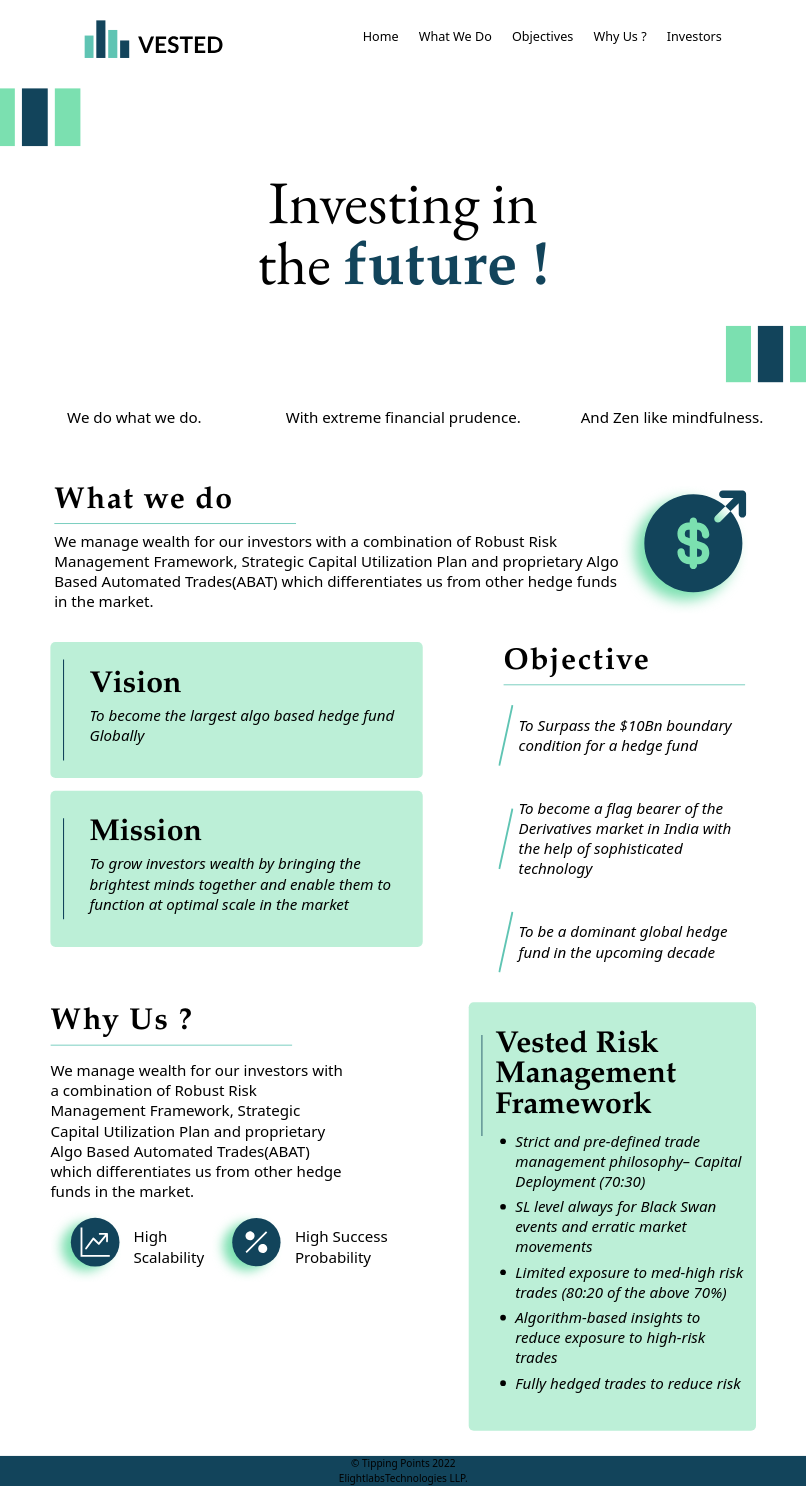
Repository: husainmamuwala/TippingPointsFinancial
Page: /
These files come from the project's save history. The page is drawn as it stood at one moment and after a run of saves; the edit follows.
The browser window is 1280 px wide. The pictures show the whole page, at 63% of full size.
The project was rebuilt for these pictures with package versions that can differ from the ones it lists, and the page was loaded fresh each time. The framework's server and built-in components were replaced by stand-ins that run in the browser. Also part of the build but not shown: next.config.js.

Above is the page before, as saved 2022-10-21 22:37:18.

### styles/globals.css
@tailwind base;
@tailwind components;
@tailwind utilities;

@layer base{
    @font-face{
        font-family: "Garamond";
        src: url('/fonts/Garamond.woff2') format('woff2');
        font-family: 'Montserrat', sans-serif

    }

}

### components/Hero.jsx
import React from 'react'

const Hero = () => {
  return (
    <div className='flex flex-col py-6'>
      <div className='grid grid-flow-row'>
        <div className='justify-self-start self-start w-20 md:w-32 '>
          <svg className="" width="auto" height="auto" viewBox="0 0 125 90" fill="none" xmlns="http://www.w3.org/2000/svg">
            <rect x="-17" width="40" height="90" fill="#7BE0B0" />
            <rect x="34" width="40" height="90" fill="#12445B" />
            <rect x="85" width="40" height="90" fill="#7BE0B0" />
          </svg>
        </div>
        <div className='justify-self-center w-full py-10'>
          <span className=' text-6xl text-center lg:text-8xl font-garamond pt-5 pb-5'>
            <span className="block">Investing in</span>
            <span className="block">the <span className='text-[#12445B] font-semibold'>future !</span></span>
          </span>
        </div>
        <div className='justify-self-end self-end w-20 md:w-32'>
          <svg className='' width="auto" height="au" viewBox="0 0 128 90" fill="none" xmlns="http://www.w3.org/2000/svg">
            <rect width="40" height="90" fill="#7BE0B0" />
            <rect x="51" width="40" height="90" fill="#12445B" />
            <rect x="102" width="40" height="90" fill="#7BE0B0" />
          </svg>
        </div>
      </div>
      <div className='grid grid-row-3 md:grid-cols-3 justify-evenly text-center
        text-xl font-Montserrat md:text-2xl md:py-10'>
        <div>
          <span>We do what we do.</span>
        </div>
        <div>
          <span>With extreme financial prudence.</span>
        </div>
        <div>
          <span>And Zen like mindfulness.</span>
        </div>
      </div>
    </div>
  )
}

export default Hero

### components/Nav.jsx
import Link from 'next/link';
import React, { useState } from 'react'
import { FiMenu } from 'react-icons/fi';
import {AiOutlineClose} from 'react-icons/ai'

const Nav = () => {
    const Links=[
        {name:"Home",link:"/"},
        {name:"What We Do",link:"#whatwedo"},
        {name:"Objectives",link:"#objectives"},
        {name:"Why Us ?",link:"#whyus"},
        {name:"Investors",link:"/investors"},
    ];
    const [open,setOpen] = useState(false);
  return (
    <div className='w-full relative top-0 font-Montserrat font-[400] bg-white'>
        <div className='sticky lg:flex py-4 lg:px-10 items-center lg:justify-around'>
            <div className='mt-2 scale-75 md:scale-100'>
                <svg width="221" height="60" viewBox="0 0 221 60" fill="none" xmlns="http://www.w3.org/2000/svg">
                <path d="M110.63 25.972L100.118 52H95.7437L85.2317 25.972H89.1197C89.5397 25.972 89.8817 26.074 90.1457 26.278C90.4097 26.482 90.6077 26.746 90.7397 27.07L96.8777 42.946C97.0817 43.462 97.2737 44.032 97.4537 44.656C97.6457 45.268 97.8257 45.91 97.9937 46.582C98.1377 45.91 98.2937 45.268 98.4617 44.656C98.6297 44.032 98.8157 43.462 99.0197 42.946L105.122 27.07C105.218 26.794 105.404 26.542 105.68 26.314C105.968 26.086 106.316 25.972 106.724 25.972H110.63ZM118.184 29.824V37.042H127.292V40.768H118.184V48.13H129.74V52H113.324V25.972H129.74V29.824H118.184ZM147.891 30.706C147.747 30.958 147.591 31.144 147.423 31.264C147.267 31.372 147.069 31.426 146.829 31.426C146.577 31.426 146.301 31.336 146.001 31.156C145.713 30.964 145.365 30.754 144.957 30.526C144.549 30.298 144.069 30.094 143.517 29.914C142.977 29.722 142.335 29.626 141.591 29.626C140.919 29.626 140.331 29.71 139.827 29.878C139.323 30.034 138.897 30.256 138.549 30.544C138.213 30.832 137.961 31.18 137.793 31.588C137.625 31.984 137.541 32.422 137.541 32.902C137.541 33.514 137.709 34.024 138.045 34.432C138.393 34.84 138.849 35.188 139.413 35.476C139.977 35.764 140.619 36.022 141.339 36.25C142.059 36.478 142.797 36.724 143.553 36.988C144.309 37.24 145.047 37.54 145.767 37.888C146.487 38.224 147.129 38.656 147.693 39.184C148.257 39.7 148.707 40.336 149.043 41.092C149.391 41.848 149.565 42.766 149.565 43.846C149.565 45.022 149.361 46.126 148.953 47.158C148.557 48.178 147.969 49.072 147.189 49.84C146.421 50.596 145.479 51.196 144.363 51.64C143.247 52.072 141.969 52.288 140.529 52.288C139.701 52.288 138.885 52.204 138.081 52.036C137.277 51.88 136.503 51.652 135.759 51.352C135.027 51.052 134.337 50.692 133.689 50.272C133.041 49.852 132.465 49.384 131.961 48.868L133.383 46.546C133.503 46.378 133.659 46.24 133.851 46.132C134.043 46.012 134.247 45.952 134.463 45.952C134.763 45.952 135.087 46.078 135.435 46.33C135.783 46.57 136.197 46.84 136.677 47.14C137.157 47.44 137.715 47.716 138.351 47.968C138.999 48.208 139.773 48.328 140.673 48.328C142.053 48.328 143.121 48.004 143.877 47.356C144.633 46.696 145.011 45.754 145.011 44.53C145.011 43.846 144.837 43.288 144.489 42.856C144.153 42.424 143.703 42.064 143.139 41.776C142.575 41.476 141.933 41.224 141.213 41.02C140.493 40.816 139.761 40.594 139.017 40.354C138.273 40.114 137.541 39.826 136.821 39.49C136.101 39.154 135.459 38.716 134.895 38.176C134.331 37.636 133.875 36.964 133.527 36.16C133.191 35.344 133.023 34.342 133.023 33.154C133.023 32.206 133.209 31.282 133.581 30.382C133.965 29.482 134.517 28.684 135.237 27.988C135.957 27.292 136.845 26.734 137.901 26.314C138.957 25.894 140.169 25.684 141.537 25.684C143.073 25.684 144.489 25.924 145.785 26.404C147.081 26.884 148.185 27.556 149.097 28.42L147.891 30.706ZM171.969 29.95H164.121V52H159.279V29.95H151.431V25.972H171.969V29.95ZM180.235 29.824V37.042H189.343V40.768H180.235V48.13H191.791V52H175.375V25.972H191.791V29.824H180.235ZM219.194 38.986C219.194 40.894 218.876 42.646 218.24 44.242C217.604 45.838 216.71 47.212 215.558 48.364C214.406 49.516 213.02 50.41 211.4 51.046C209.78 51.682 207.98 52 206 52H196.082V25.972H206C207.98 25.972 209.78 26.296 211.4 26.944C213.02 27.58 214.406 28.474 215.558 29.626C216.71 30.766 217.604 32.134 218.24 33.73C218.876 35.326 219.194 37.078 219.194 38.986ZM214.226 38.986C214.226 37.558 214.034 36.28 213.65 35.152C213.278 34.012 212.732 33.052 212.012 32.272C211.304 31.48 210.44 30.874 209.42 30.454C208.412 30.034 207.272 29.824 206 29.824H200.942V48.148H206C207.272 48.148 208.412 47.938 209.42 47.518C210.44 47.098 211.304 46.498 212.012 45.718C212.732 44.926 213.278 43.966 213.65 42.838C214.034 41.698 214.226 40.414 214.226 38.986Z" fill="black"/>
                <rect y="24.4445" width="14.4444" height="35.5556" fill="#5FC4B3"/>
                <rect x="18.8889" width="14.4444" height="60" fill="#12445B"/>
                <rect x="37.7778" y="15.5555" width="14.4444" height="44.4444" fill="#5FC4B3"/>
                <rect x="56.6667" y="32.2222" width="14.4444" height="27.7778" fill="#12445B"/>
                </svg>

            </div>
            <div onClick={()=>setOpen(!open)}
                 className='text-3xl absolute right-8 top-11 pr-8 cursor-pointer lg:hidden'>
                    {!open ? <FiMenu size={40}/> : <AiOutlineClose size={40}/>}
            </div>

            <ul className={`lg:flex lg:flex-row lg:items-center font-Montserrat pb-12 lg:pb-0
            absolute lg:static bg-white lg:z-auto z-[-1] w-full left-0  lg:pl-0 pl-9 lg:w-auto
            transition-all duration-500 ease-in
            ${open ? "flex-col" : "hidden"}`}>
                {
                    Links.map((link)=>(
                        <li onClick={() => setOpen(false)} key={link.link} className="md:ml-8 text-xl my-7 hover:text-[#5FC4B3]
                         relative transition-all hover:top-1">
                            <Link href={link.link}
                            className="font-Monteserrat">
                                {link.name}
                            </Link>
                        </li>
                    ))
                }
            </ul>
        </div>
    </div>
  )
}

export default Nav

### components/Cards.jsx
import React from 'react'
import Objective from './Objective'

const Cards = () => {
  const Data = [
    { title: "Vision", desc: "To become the largest algo based hedge fund Globally" },
    { title: "Mission", desc: "To grow investors wealth by bringing the brightest minds together and enable them to function at optimal scale in the market" },
  ]

  return (
    <div className='flex flex-col lg:flex-row justify-center lg:space-x-10 py-5 px-10'>
      <div className='lg:px-10'>
        {
          Data.map((data) => (
            <div className=' bg-[#7BE0B0] bg-opacity-50 rounded-lg mb-5 '>
              <div className='flex flex-row p-5'>
                <div className='md:pr-10 pr-5 h-28 lg:h-44 self-center'>
                  <svg width="2" height="auto" viewBox="0 0 2 160" fill="none" xmlns="http://www.w3.org/2000/svg">
                    <line x1="1" y1="4.37114e-08" x2="0.999993" y2="160" stroke="#12445B" stroke-width="2" />
                  </svg>
                </div>
                <div className='md:py-6 self-center'>
                  <h1 className='text-3xl lg:text-5xl font-semibold font-garamond'>{data.title}</h1>
                  <p className='font-montserrat text-lg lg:text-2xl py-2 italic'>{data.desc}</p>
                </div>
              </div>
            </div>
          ))
        }
      </div>
      <div className='flex flex-col flex-auto'>
        <Objective />
      </div>
    </div>
  )
}

export default Cards

### components/Whatwedo.tsx
import React from 'react'


const whatwedo = () => {
    return (
        <div className='py-5 px-10 flex md:flex-row flex-col justify-center'>
            <div className='md:w-3/4'>
                <div>
                    <h4 className='text-3xl md:text-5xl font-garamond font-semibold py-2 tracking-wider'>
                        What we do
                    </h4>

                    <svg className="lg:w-96 lg:h-2" width="auto" height="2" viewBox="0 0 589 2" fill="none" xmlns="http://www.w3.org/2000/svg">
                        <line y1="1" x2="589" y2="1" stroke="#5FC4B3" strokeWidth="2" />
                    </svg>

                    <p className='py-2 text-xl md:text-2xl'>
                        We manage wealth for our investors with a combination of Robust Risk Management Framework,
                        Strategic Capital Utilization Plan and proprietary Algo Based Automated Trades(ABAT)
                        which differentiates us from other hedge funds in the market.
                    </p>
                </div>
            </div>
            <div className='w-52 hidden md:block lg:self-center'>
                <svg width="auto" height="auto" viewBox="0 0 226 223" fill="none" xmlns="http://www.w3.org/2000/svg">
                    <g filter="url(#filter0_f_6_45)">
                        <circle cx="109.027" cy="113.259" r="86.0274" fill="#7BE0B0" />
                    </g>
                    <path d="M109.698 84.8371C109.698 89.4046 110.967 90.0812 113.843 91.0962L118.156 92.6187V78.2396H115.619C112.405 78.2396 109.698 81.2 109.698 84.8371ZM130.844 124.76H133.381C136.68 124.76 139.302 121.8 139.302 118.163C139.302 113.595 138.033 112.919 135.158 111.904L130.844 110.381V124.76Z" fill="#12445B" />
                    <path d="M188.614 46.3517L171.275 63.6913C170.006 64.96 168.399 65.5521 166.792 65.5521C165.185 65.5521 163.578 64.96 162.309 63.6913C161.129 62.4975 160.467 60.8867 160.467 59.2083C160.467 57.53 161.129 55.9192 162.309 54.7254L179.648 37.3858C164.762 24.6983 145.561 16.9167 124.5 16.9167C77.81 16.9167 39.9167 54.81 39.9167 101.5C39.9167 148.19 77.81 186.083 124.5 186.083C171.19 186.083 209.083 148.19 209.083 101.5C209.083 80.4388 201.302 61.2383 188.614 46.3517ZM139.302 99.9775C144.715 101.923 151.99 105.814 151.99 118.248C151.99 128.82 143.616 137.533 133.381 137.533H130.844V139.647C130.844 143.115 127.968 145.991 124.5 145.991C121.032 145.991 118.156 143.115 118.156 139.647V137.533H117.48C106.23 137.533 97.0104 128.059 97.0104 116.387C97.0104 112.834 99.8863 109.958 103.354 109.958C106.822 109.958 109.698 112.834 109.698 116.302C109.698 120.954 113.166 124.76 117.48 124.76H118.156V105.983L109.698 103.023C104.285 101.077 97.0104 97.1863 97.0104 84.7525C97.0104 74.1796 105.384 65.4675 115.619 65.4675H118.156V63.4375C118.156 59.9696 121.032 57.0938 124.5 57.0938C127.968 57.0938 130.844 59.9696 130.844 63.4375V65.5521H131.52C142.77 65.5521 151.99 75.0254 151.99 86.6979C151.99 90.1658 149.114 93.0417 145.646 93.0417C142.178 93.0417 139.302 90.1658 139.302 86.6979C139.302 82.0458 135.834 78.2396 131.52 78.2396H130.844V97.0171L139.302 99.9775ZM214.92 14.4638C214.251 12.9061 213.009 11.6647 211.452 10.9958C210.691 10.7256 209.891 10.5827 209.083 10.5729H175.25C171.782 10.5729 168.906 13.4488 168.906 16.9167C168.906 20.3846 171.782 23.2604 175.25 23.2604H193.774L179.648 37.3858C182.863 40.1771 185.823 43.1375 188.614 46.3517L202.74 32.2263V50.75C202.74 54.2179 205.615 57.0938 209.083 57.0938C212.551 57.0938 215.427 54.2179 215.427 50.75V16.9167C215.427 16.0708 215.258 15.3096 214.92 14.4638Z" fill="#12445B" />
                    <defs>
                        <filter id="filter0_f_6_45" x="0" y="4.2317" width="218.055" height="218.055" filterUnits="userSpaceOnUse" colorInterpolationFilters="sRGB">
                            <feFlood floodOpacity="0" result="BackgroundImageFix" />
                            <feBlend mode="normal" in="SourceGraphic" in2="BackgroundImageFix" result="shape" />
                            <feGaussianBlur stdDeviation="11.5" result="effect1_foregroundBlur_6_45" />
                        </filter>
                    </defs>
                </svg>
            </div>
        </div>
    )
}

export default whatwedo

### components/Footer.jsx
import React from 'react'
import Link from 'next/link';

const Footer = () => {
    return (
        <div>
            <footer
                className="flex flex-col md:flex-row md:justify-around bg-[#12445B]">
                    <></>


                <span className="text-center md:w-2/5">
                    <span className="text-primary">
                        © Tipping Points 2022
                    </span>
                    <br />
                    <a
                        href="https://elightlabs.com/"
                        target="_blank"
                        rel="noopener noreferrer"
                        className="hover:text-[#7BE0B0]"
                    >
                        ElightlabsTechnologies LLP.
                    </a>
                </span>
            </footer>
        </div>
    )
}

export default Footer

### components/Objective.jsx
import React from 'react'

const Objective = () => {
    const Obj = [
        { desc: "To Surpass the $10Bn boundary condition for a hedge fund" },
        { desc: "To become a flag bearer of the Derivatives market in India with the help of sophisticated technology" },
        { desc: "To be a dominant global hedge fund in the upcoming decade" },
      ]
  return (
    <div className='md:px-10'>
        <div className='px-2'>
        <h4 className='text-3xl md:text-5xl font-garamond font-semibold py-2 tracking-wider'>Objective</h4>
         <svg className="lg:w-96 w-56 lg:h-2" width="auto" height="2" viewBox="0 0 589 2" fill="none" xmlns="http://www.w3.org/2000/svg">
              <line y1="1" x2="589" y2="1" stroke="#5FC4B3" strokeWidth="2" />
        </svg>
        </div>
        <div className='flex flex-col mt-5 space-y-5'>
          {
            Obj.map((obj) => (
              <div className='flex flex-row'>
                <div className='pr-2 h-16 lg:h-auto self-center'>
                  <svg width="24" height="auto" viewBox="0 0 24 97" fill="none" xmlns="http://www.w3.org/2000/svg">
                    <line x1="22.4654" y1="0.320545" x2="1.46535" y2="96.3205" stroke="#5FC4B3" stroke-width="3" />
                  </svg>
                </div>
                <div className='md:py-6 self-center'>
                  <p className='text-xl lg:text-2xl italic'>{obj.desc}</p>
                </div>

              </div>
            ))
          }

        </div>
    </div>
  )
}

export default Objective

Loaded but not shown: pages/_app.js (common file); pages/index.js (34 lines, source omitted); pages/_document.js (19 lines, source omitted); tailwind.config.js (17 lines, source omitted); components/Whyus.tsx (105 lines, source omitted)

After the next 2 saves:
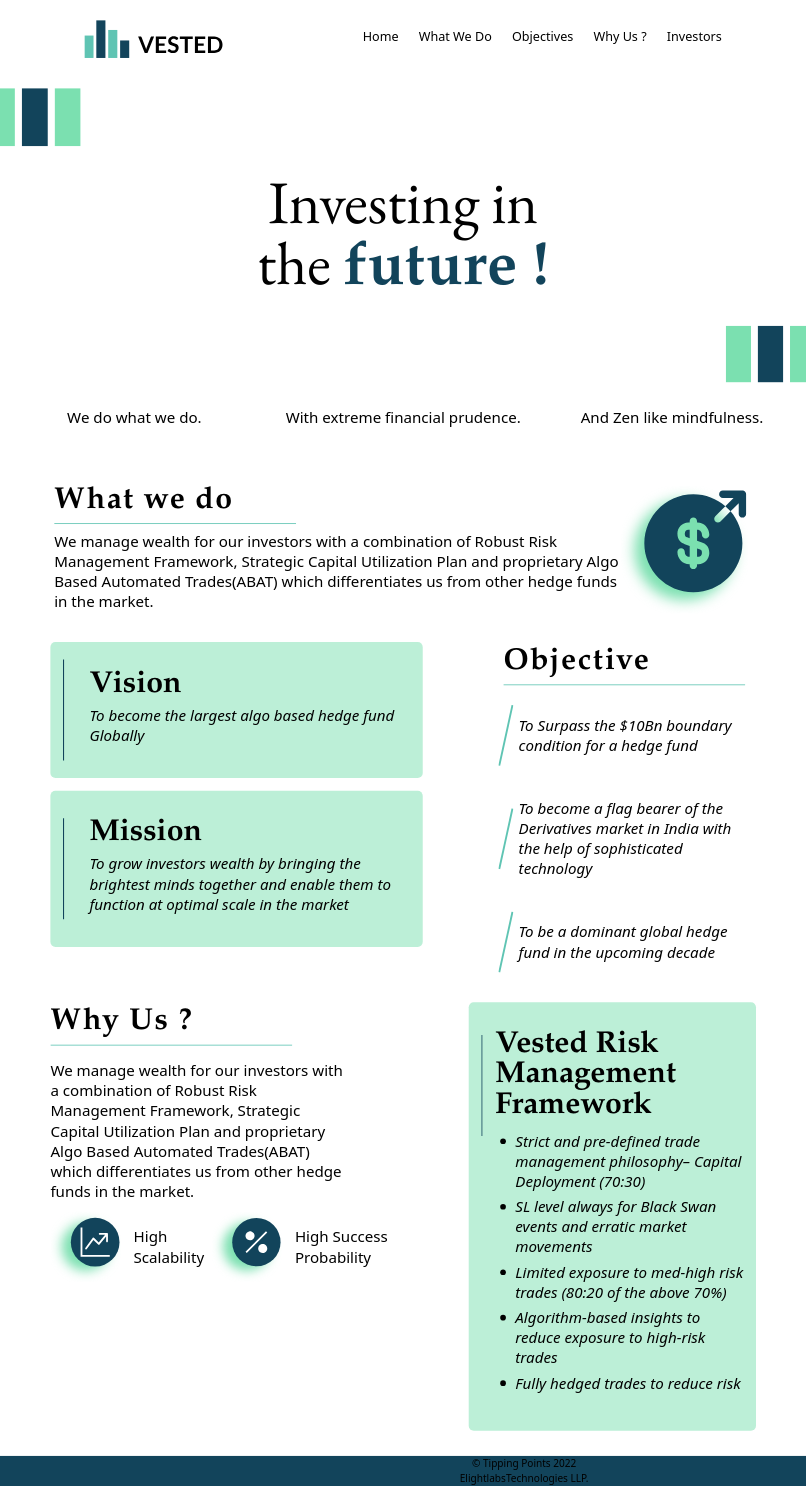
The 2 saves are shown as one change because they came seconds apart.
The last was saved 7 s later.
--- a/components/Footer.jsx
+++ b/components/Footer.jsx
@@ -6,7 +6,9 @@ const Footer = () => {
         <div>
             <footer
                 className="flex flex-col md:flex-row md:justify-around bg-[#12445B]">
-                    <></>
+                    <div>
+
+                    </div>
 
 
                 <span className="text-center md:w-2/5">
